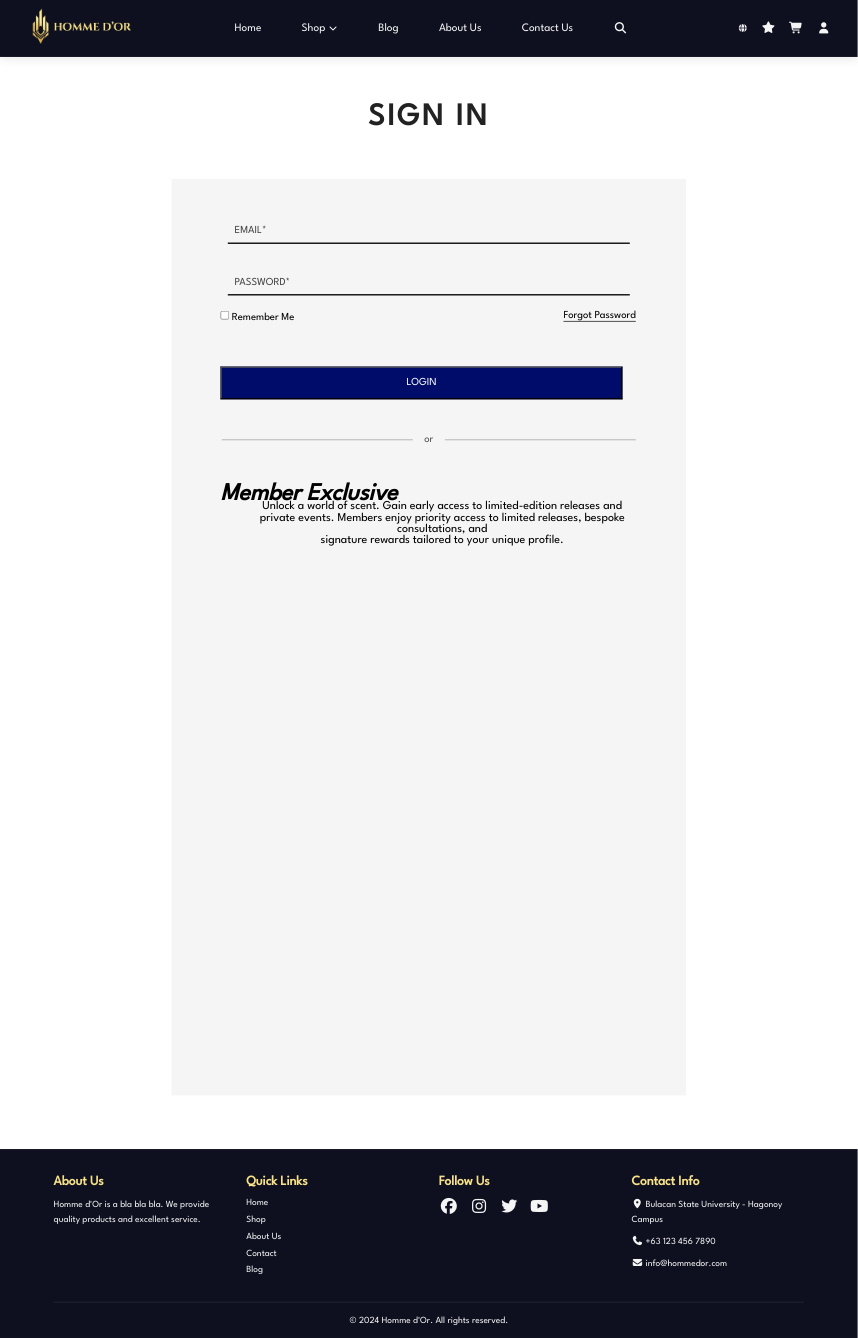
Repository: Izy-Blinken/Homme-d-Or
Page: http://localhost/Homme_dor/pages/login.php?country=ph
These files come from the project's save history. The page is drawn as it stood at one moment and after the next save; the edit follows.
The browser window is 1280 px wide. The pictures show the whole page, at 67% of full size.
The page is run by PHP 8.4 with error messages shown; the project is at /var/www/html/.

Above is the page before, as saved 2026-01-24 22:57:18.

### pages/login.php
<!DOCTYPE html>
<html>
    <head>
        <title>Sign Up</title>
        <link rel="stylesheet" href="../assets/icons/fontawesome/css/all.min.css">
        <link rel="stylesheet" href="../assets/css/style.css">
    </head>

    <body>

        <?php include '../components/header.php'; ?>

        <main>
            <div class="signupTitle">
                <h2><b>SIGN IN</b></h2>
            </div>

            <div class="signupContainerlog">

                <div class="inputGrouplog">
                    <input type="email" required>
                    <label>EMAIL*</label>
                </div>

                <div class="inputGrouplogPas">
                    <input type="password" required>
                    <label>PASSWORD*</label>
                </div>

                <div class="inputGroupCheckboxlog">
                    <input type="checkbox" required>
                    <label> Remember Me</label>

                </div>

                <div class="forgotP">
                    <a href="forgotP.php">Forgot Password</a>

                </div>


                <div class="logBtn">
                    <button>LOGIN</button>

                </div>

                <div class="orContainer">
                    <div class="line1"></div>
                    <div class="line2"></div>

                    <p>or</p>

                    <h2><i><b>Member Exclusive</b></i></h2>

                    <div class="logParagraph">
                        <p>Unlock a world of scent. Gain early access to
                        limited-edition releases and private events.
                        Members enjoy priority access to limited releases, bespoke consultations, and<br>
                        signature rewards tailored to your unique profile.</p>
                    </div>


                </div>

            </div>
        </main>

        <?php include '../components/footer.php'; ?>

    </body>
</html>

### components/header.php
<?php
$currentPage = basename($_SERVER['PHP_SELF']);
?>

<section id="header">
    <a href="index.php">
        <img src="../assets/images/brand_images/prodLogo.png" class="logo" alt="Brand Logo">
    </a>

    <div class="nav-wrapper">
        <ul id="navbar">
            <li><a class="<?php echo ($currentPage == 'index.php') ? 'active' : ''; ?>" href="index.php">Home</a></li>
            <li class="dropdown">
                <a >
                    Shop <i class="fa-solid fa-chevron-down"></i>
                </a>
                <ul class="dropdown-menu">
                    <li><a href="shop.php?category=sale">Sale</a></li>
                    <li><a href="shop.php?category=new-arrival">New Arrival</a></li>
                    <li><a href="shop.php?category=top-picks">Top Picks</a></li>
                    <li><a href="shop.php?category=daily-wear">Daily Wear</a></li>
                    <li><a href="shop.php?category=premium">Premium</a></li>
                </ul>
            </li>
            <li><a class="<?php echo ($currentPage == 'blog.php') ? 'active' : ''; ?>" href="blog.php">Blog</a></li>
            <li><a class="<?php echo ($currentPage == 'AboutUs.php') ? 'active' : ''; ?>" href="AboutUs.php">About Us</a></li>
            <li><a class="<?php echo ($currentPage == 'ContactUs.php') ? 'active' : ''; ?>" href="ContactUs.php">Contact Us</a></li>
            <li><a href="search.php"><i class="fa-solid fa-search"></i></a></li>
        </ul>

        <ul id="navbar-right">
        <li class="dropdown country-dropdown">
            <a href="#">
                <i class="fa-solid fa-globe"></i>
            </a>
            <ul class="dropdown-menu country-menu">
                <li><a href="?country=ph"><span class="flag">🇵🇭</span> Philippines</a></li>
                <li><a href="?country=jp"><span class="flag">🇯🇵</span> Japan</a></li>
                <li><a href="?country=cn"><span class="flag">🇨🇳</span> China</a></li>
                <li><a href="?country=fr"><span class="flag">🇫🇷</span> France</a></li>
            </ul>
        </li>
        <li><a class="<?php echo ($currentPage == 'wishlist.php') ? 'active' : ''; ?>"href="wishlist.php"><i class="fa-solid fa-star"></i></a></li>
            <li><a class="<?php echo ($currentPage == 'cart.php') ? 'active' : ''; ?>" href="cart.php"><i class="fa-solid fa-shopping-cart"></i></a></li>
            <li><a class="<?php echo ($currentPage == 'profile.php') ? 'active' : ''; ?>" href="profile.php"><i class="fa-solid fa-user"></i></a></li>
        </ul>
    </div>
</section>

### components/footer.php
<footer id="footer">
    <div class="footer-content">
        <div class="footer-section">
            <h3>About Us</h3>
            <p>Homme d'Or is a bla bla bla. We provide quality products and excellent service.</p>
        </div>

        <div class="footer-section">
            <h3>Quick Links</h3>
            <ul>
                <li><a href="index.php">Home</a></li>
                <li><a href="shop.php">Shop</a></li>
                <li><a href="AboutUs.php">About Us</a></li>
                <li><a href="ContactUs.php">Contact</a></li>
                <li><a href="blog.php">Blog</a></li>
            </ul>
        </div>

        <div class="footer-section">
            <h3>Follow Us</h3>
            <div class="social-icons">
                <a href="#"><i class="fa-brands fa-facebook"></i></a>
                <a href="#"><i class="fa-brands fa-instagram"></i></a>
                <a href="#"><i class="fa-brands fa-twitter"></i></a>
                <a href="#"><i class="fa-brands fa-youtube"></i></a>
            </div>
        </div>

        <div class="footer-section">
            <h3>Contact Info</h3>
            <p><i class="fa-solid fa-location-dot"></i> Bulacan State University - Hagonoy Campus</p>
            <p><i class="fa-solid fa-phone"></i> +63 123 456 7890</p>
            <p><i class="fa-solid fa-envelope"></i> info@hommedor.com</p>
        </div>
    </div>

    <div class="footer-bottom">
        <p>&copy; 2024 Homme d'Or. All rights reserved.</p>
    </div>
</footer>

Loaded but not shown: assets/icons/fontawesome/css/all.min.css (library); assets/css/style.css (1868 lines, source omitted)

After the next save:
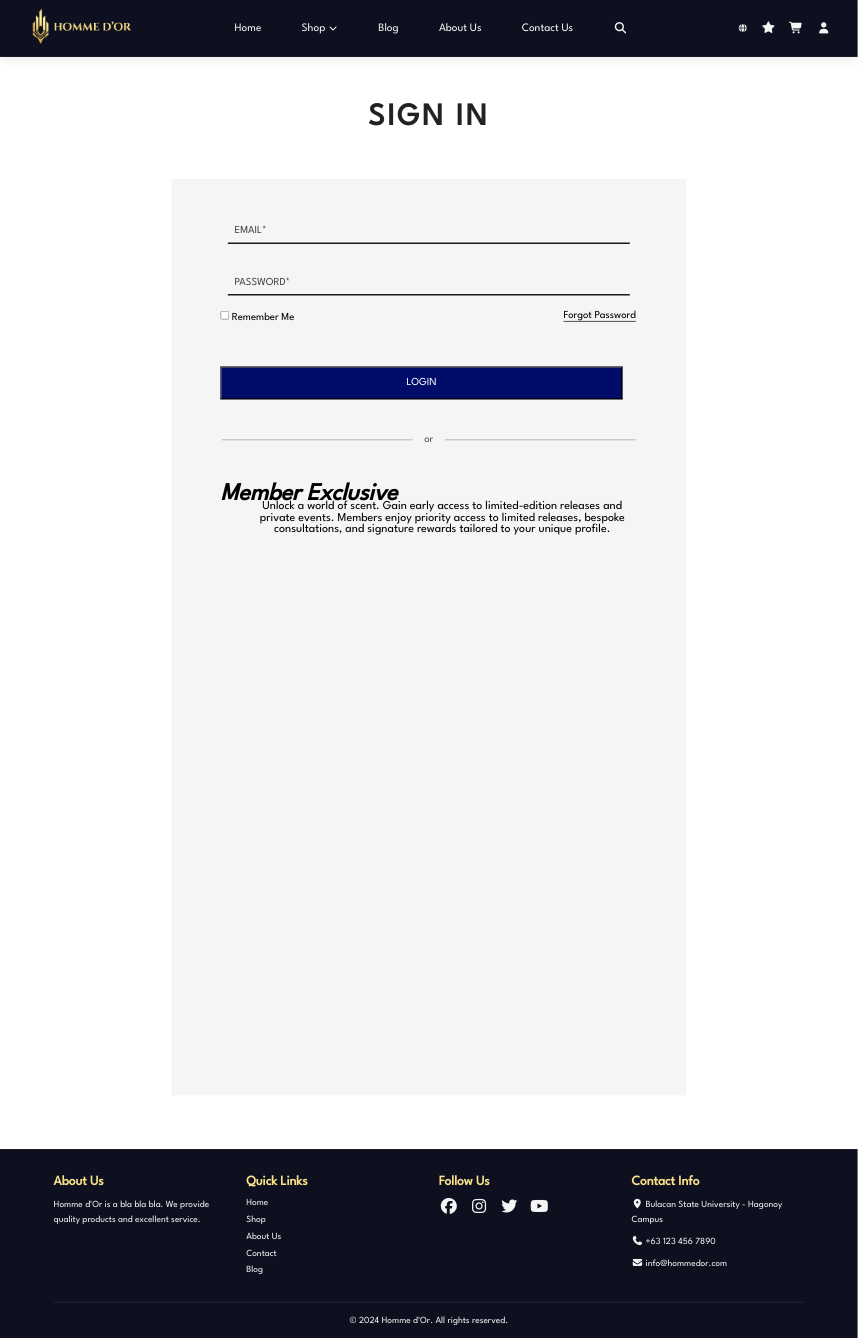
Saved 5 s later.
--- a/pages/login.php
+++ b/pages/login.php
@@ -55,7 +55,7 @@
                     <div class="logParagraph">
                         <p>Unlock a world of scent. Gain early access to
                         limited-edition releases and private events.
-                        Members enjoy priority access to limited releases, bespoke consultations, and<br>
+                        Members enjoy priority access to limited releases, bespoke consultations, and
                         signature rewards tailored to your unique profile.</p>
                     </div>
 
